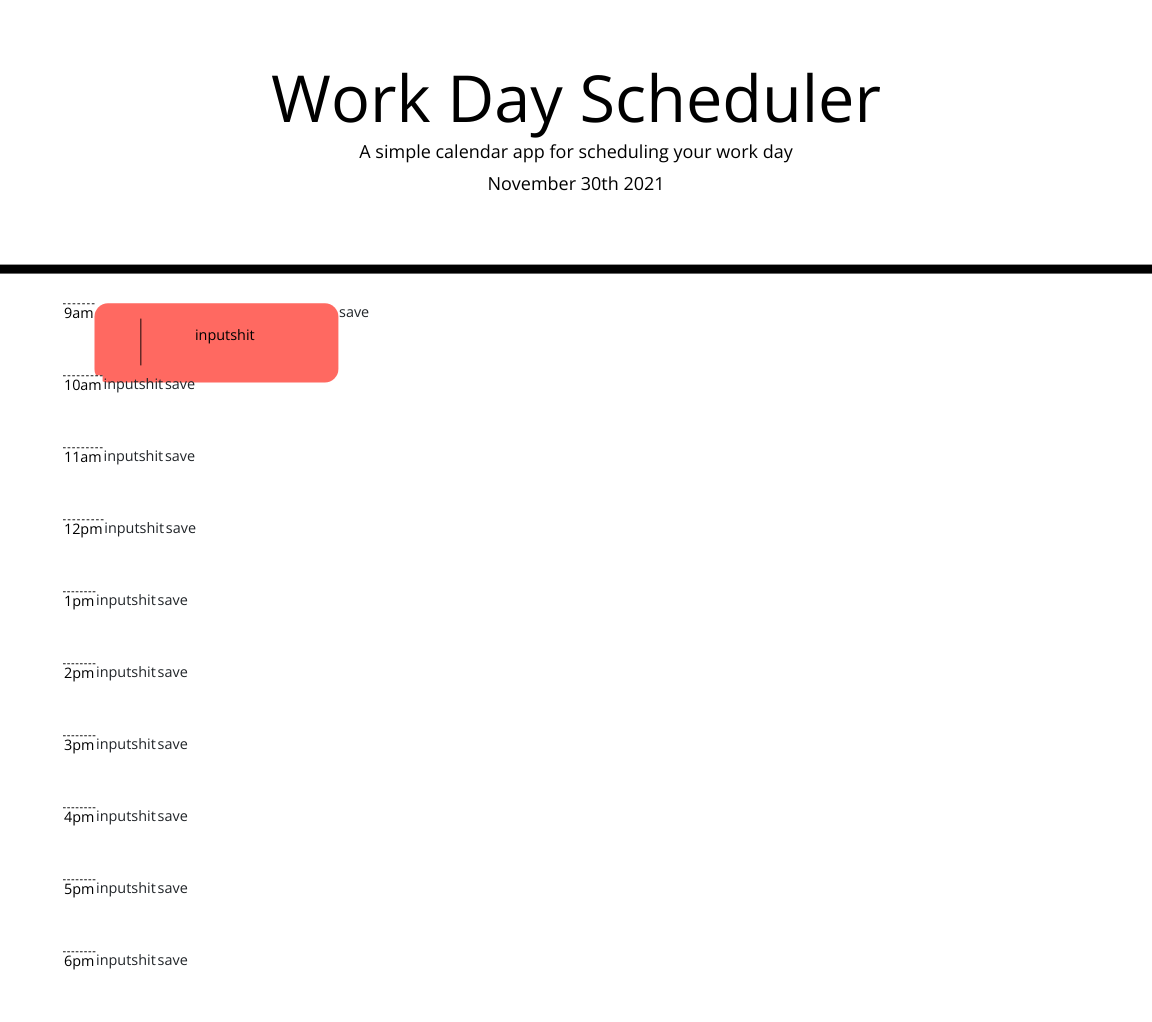
Repository: Naomilounsbury/work-day-scheduler
Page: index.html
An editor plug-in stored every save of this project. The page is shown before and after the next save, followed by the edit.
The browser window is 1280 px wide. The pictures show the whole page, at 90% of full size.
Some web libraries are served in a nearby version.

Above is the page before, as saved 2021-11-30 21:55:31.

### index.html
<!DOCTYPE html>
<html lang="en">
  <head>
    <meta charset="UTF-8" />
    <meta name="viewport" content="width=device-width, initial-scale=1.0" />
    <meta http-equiv="X-UA-Compatible" content="ie=edge" />
    <link
      rel="stylesheet"
      href="https://stackpath.bootstrapcdn.com/bootstrap/4.3.1/css/bootstrap.min.css"
    />
    <link
      rel="stylesheet"
      href="https://use.fontawesome.com/releases/v5.8.1/css/all.css"
      integrity="sha384-50oBUHEmvpQ+1lW4y57PTFmhCaXp0ML5d60M1M7uH2+nqUivzIebhndOJK28anvf"
      crossorigin="anonymous"
    />
    <link
      href="https://fonts.googleapis.com/css?family=Open+Sans&display=swap"
      rel="stylesheet"
    />
    <link rel="stylesheet" href="./assets/css/style.css" />
    <title>Work Day Scheduler</title>
  </head>

  <body>
    <header class="jumbotron">
      <h1 class="display-3">Work Day Scheduler</h1>
      <p class="lead">A simple calendar app for scheduling your work day</p>
      <p id="currentDay" class="lead"></p>
    </header>
    <div class="container">
      <!-- Timeblocks go here -->
      <table>
        <tr class="row">
          <td class="hour">9am</td>
          <td class="time-block" id="9">
            <textarea>
            inputshit
          </textarea>
          </td>
          <td>save</td>
        </tr>
        <tr class="row">
          <td class="hour">10am</td>
          <td>inputshit</td>
          <td>save</td>
        </tr>
        <tr class="row">
          <td class="hour">11am</td>
          <td>inputshit</td>
          <td>save</td>
        </tr>
        <tr class="row">
          <td class="hour">12pm</td>
          <td>inputshit</td>
          <td>save</td>
        </tr>
        <tr class="row">
          <td class="hour">1pm</td>
          <td>inputshit</td>
          <td>save</td>
        </tr>
        <tr class="row">
          <td class="hour">2pm</td>
          <td>inputshit</td>
          <td>save</td>
        </tr>
        <tr class="row">
          <td class="hour">3pm</td>
          <td>inputshit</td>
          <td>save</td>
        </tr>
        <tr class="row">
          <td class="hour">4pm</td>
          <td>inputshit</td>
          <td>save</td>
        </tr>
        <tr class="row">
          <td class="hour">5pm</td>
          <td>inputshit</td>
          <td>save</td>
        </tr>
        <tr class="row">
          <td class="hour">6pm</td>
          <td>inputshit</td>
          <td>save</td>
        </tr>
      </table>
    </div>

    <script src="https://code.jquery.com/jquery-3.4.1.min.js"></script>
    <script src="https://cdnjs.cloudflare.com/ajax/libs/moment.js/2.24.0/moment.min.js"></script>
    <script src="assets/js/script.js"></script>
</body>
</html>

### assets/css/style.css
body {
  font-family: 'Open Sans', sans-serif;
  font-size: 16px;
  line-height: 1;
}

textarea{
  background: transparent;
  border: none;
  resize: none;
  color: #000000;
  border-left: 1px solid black;
  padding: 10px;
}

.jumbotron {
  text-align: center;
  background-color: transparent;
  color: black;
  border-radius: 0;
  border-bottom: 10px solid black;
}

.description{
  white-space: pre-wrap;
}

.time-block{
  text-align: center;
  border-radius: 15px;
}

.row {
  white-space: pre-wrap;
  height: 80px;
  border-top: 1px solid white;;
}

.hour {
  background-color: #ffffff;
  color: #000000;
  border-top: 1px dashed #000000;
}

.past {
  background-color: #d3d3d3;
  color: white;
}

.present {
  background-color: #ff6961;
  color: white;
}

.future {
  background-color: #77dd77;
  color: white;
}

.saveBtn {
  border-left: 1px solid black;
  border-top-right-radius: 15px;
  border-bottom-right-radius: 15px;
  background-color: #06AED5;
  color: white;
}

.saveBtn i:hover {
  font-size: 20px;
  transition: all .3s ease-in-out;
}

### assets/js/script.js
//using moment to get the current time
currentTime = moment();
//connected it to the current day spot in the html
currentDayEl = document.querySelector("#currentDay");
var displayDate = currentTime.format('MMMM Do YYYY');
currentDayEl.innerText = displayDate
//going to get my timeblock element
timeBlockEl = document.querySelectorAll(".time-block");
//made a function called checkTime to check the current time to compare with the time on the scheduler
var checkTime = function(currentEl){
    //will maybe hit a block because will use 24 hours as ids but if the current time that I chose from moment is 12 hours they wont match up
    var timeBlock = moment().hour(parseInt(currentEl.id))
    console.log(timeBlock)
    //if the block hour id is less than the current time hour we return the class name past
    if (timeBlock.hour() < currentTime.hour()){
        return "past"
    }
    if (timeBlock.hour() > currentTime.hour()){
        return "future"
    }
    if (timeBlock.hour()=== currentTime.hour()){
        return "present"
    }

    //if element is in the past return past
    //if element is in the future return future
    //if element is in the present return present
}
for(i=0; i<=timeBlockEl.length-1; i++){
    //timeblock elements already have the class timeblock. If we just replaced the class with future or present
    //it would erase the class, so we want to add to the class
    //check time returns the new class

    timeBlockEl[i].className = timeBlockEl[i].className + " " + checkTime(timeBlockEl[i])
console.log(checkTime(timeBlockEl[i]))
}

After the next save:
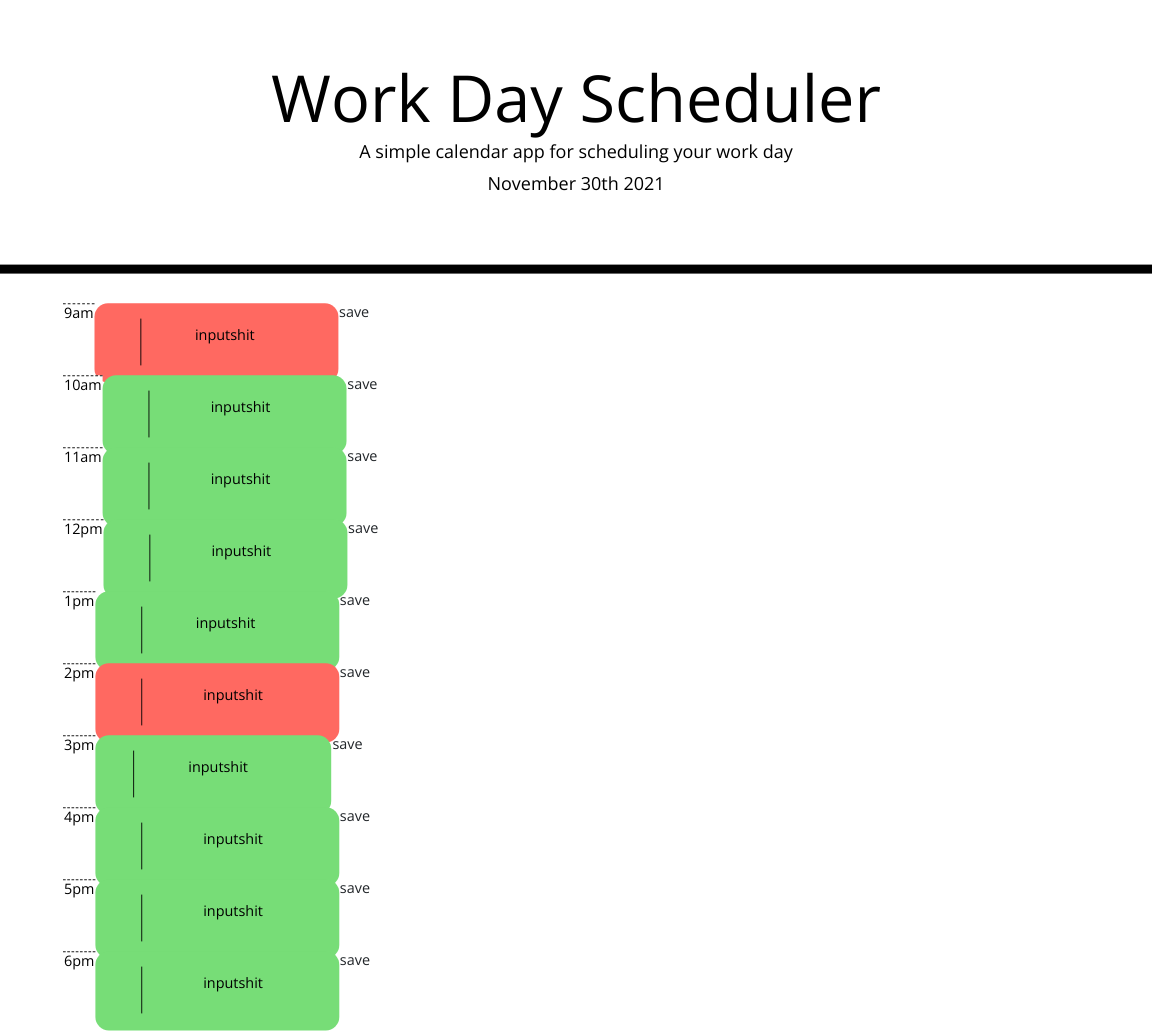
Saved 5 min 23 s later.
--- a/index.html
+++ b/index.html
@@ -42,47 +42,82 @@
         </tr>
         <tr class="row">
           <td class="hour">10am</td>
-          <td>inputshit</td>
+          <td class="time-block" id="10">
+            <textarea>
+              inputshit
+            </textarea>
+          </td>
           <td>save</td>
         </tr>
         <tr class="row">
           <td class="hour">11am</td>
-          <td>inputshit</td>
+          <td class="time-block" id="11">
+            <textarea>
+              inputshit
+            </textarea>
+          </td>
           <td>save</td>
         </tr>
         <tr class="row">
           <td class="hour">12pm</td>
-          <td>inputshit</td>
+          <td class="time-block" id="12">
+            <textarea>
+              inputshit
+            </textarea>
+          </td>
           <td>save</td>
         </tr>
         <tr class="row">
           <td class="hour">1pm</td>
-          <td>inputshit</td>
+          <td class="time-block" id="14">
+            <textarea>
+            inputshit</textarea>
+          </td>
           <td>save</td>
         </tr>
         <tr class="row">
           <td class="hour">2pm</td>
-          <td>inputshit</td>
+          <td class="time-block" id="9">
+            <textarea>
+              inputshit
+            </textarea>
+          </td>
           <td>save</td>
         </tr>
         <tr class="row">
           <td class="hour">3pm</td>
-          <td>inputshit</td>
+          <td class="time-block" id="15">
+          <textarea>
+            inputshit
+          </textarea>
+          </td>
           <td>save</td>
         </tr>
         <tr class="row">
           <td class="hour">4pm</td>
-          <td>inputshit</td>
+          <td class="time-block" id="16">
+            <textarea>
+              inputshit
+            </textarea>
+          </td>
           <td>save</td>
         </tr>
         <tr class="row">
           <td class="hour">5pm</td>
-          <td>inputshit</td>
+          <td class="time-block" id="17">
+            <textarea>
+              inputshit
+            </textarea>
+          </td>
           <td>save</td>
         </tr>
         <tr class="row">
           <td class="hour">6pm</td>
-          <td>inputshit</td>
+          <td class="time-block" id="18">
+            <textarea>
+              inputshit
+            </textarea>
+          </td>
           <td>save</td>
         </tr>
       </table>
